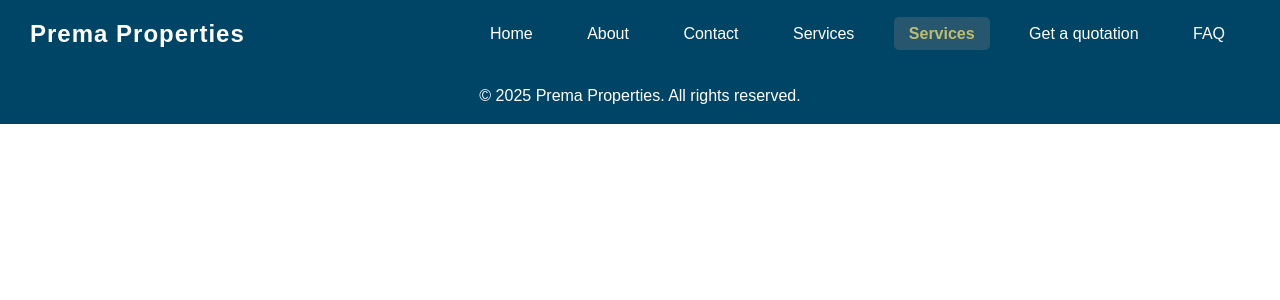
Repository: mnqobiMenzi/Prema-Properties
Page: quote.html
The author's editor kept a copy of each file at every save. The page is drawn from the files as they stood at one save, then again after the next save.
The browser window is 1280 px wide. The pictures show the whole page.

Above is the page before, as saved 2025-10-04 09:06:36.

After the next save:
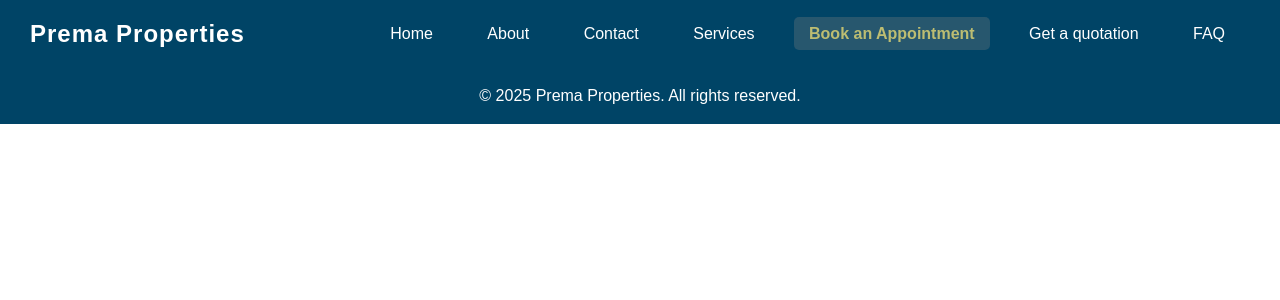
Saved 9 s later.
--- a/quote.html
+++ b/quote.html
@@ -16,7 +16,7 @@
       <a href="about-us.html">About</a>
       <a href="contact-us.html">Contact</a>
       <a href="services.html">Services</a>
-      <a href="appointment.html" class="active">Services</a>
+      <a href="appointment.html" class="active">Book an Appointment</a>
       <a href="#quote">Get a quotation</a>
       <a href="FAQ.html">FAQ</a>
     </nav>
